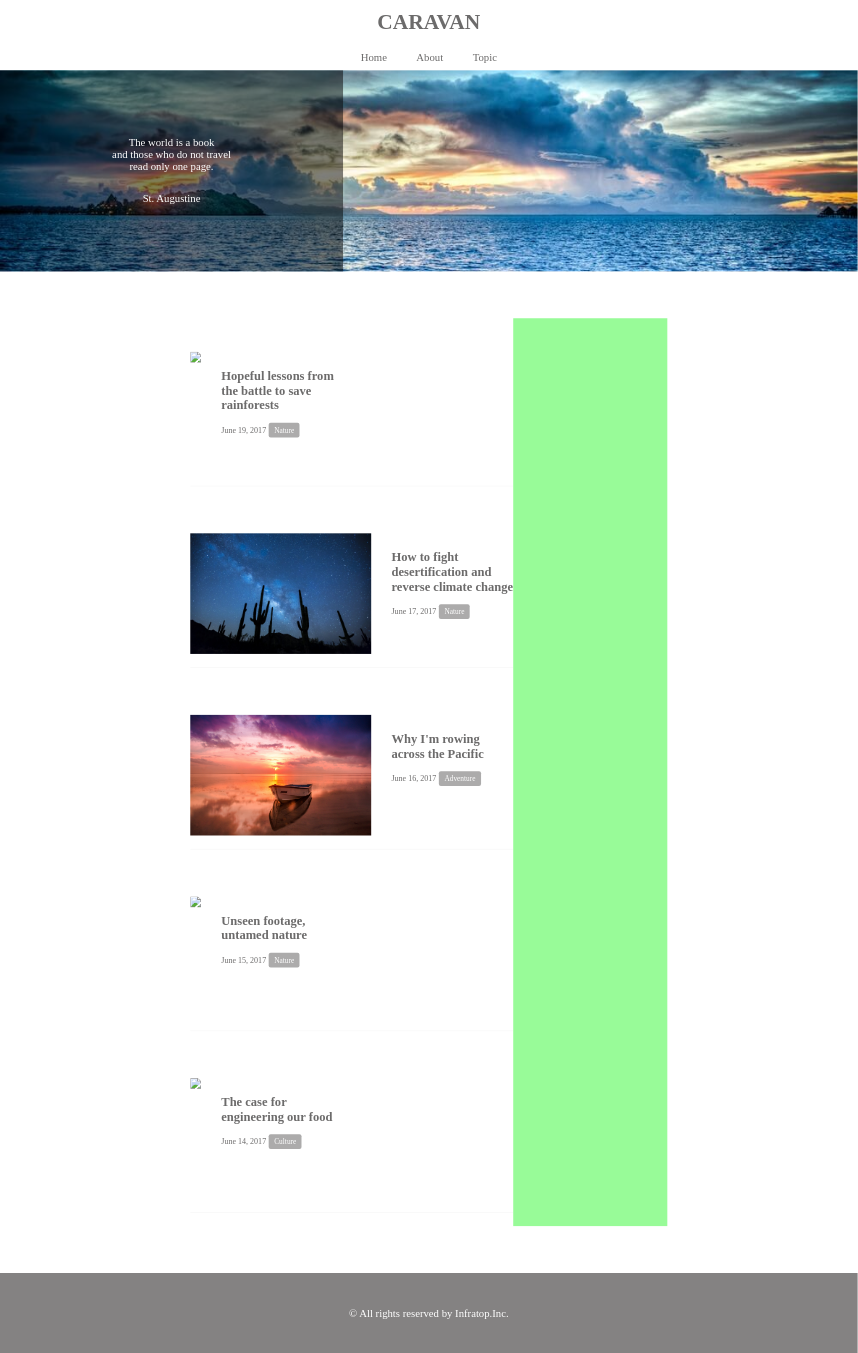
Repository: rascalNoShippo/git-practice
Page: caravan/index.html
The author's editor kept a record of every edit. The page is drawn from the files as they stood at one moment, then again after the next edit.
The browser window is 1280 px wide. The pictures show the whole page, at 67% of full size.

Above is the page before.
Not found: caravan/img/asia.jpg
Not found: caravan/img/forest.jpg
Not found: caravan/img/italy.jpg

After the next edit:
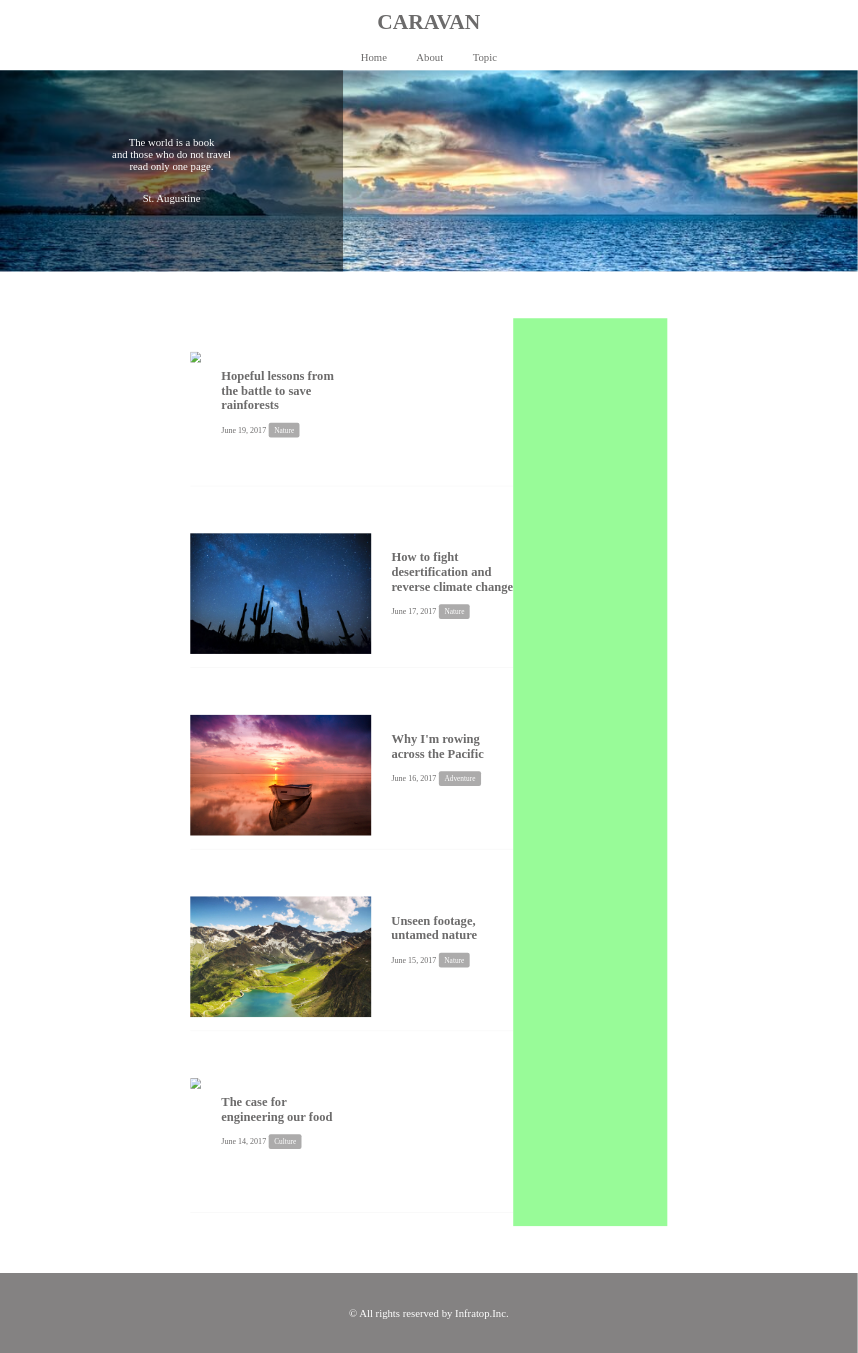
The edit:
--- a/caravan/index.html
+++ b/caravan/index.html
@@ -77,7 +77,7 @@
             </section>
           </div>
           <div class="blog-item">
-            <img class="blog-image" src="img/italy.jpg" />
+            <img class="blog-image" src="image/italy.jpg" />
             <section class="blog-text">
               <h3 class="blog-text-heading">
                 <a href="single.html">
